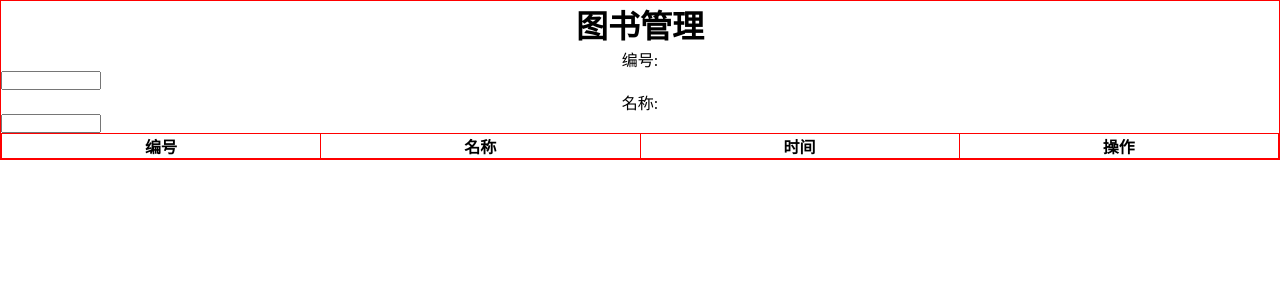
Repository: chenguocan/Vue_demo_1
Page: vue_demo_03/图书管理.html
These files come from the project's save history. The page is drawn as it stood at one moment and after the next save; the edit follows.
The browser window is 1280 px wide. The pictures show the whole page.

Above is the page before, as saved 2020-07-21 16:05:12.

### vue_demo_03/图书管理.html
<!DOCTYPE html>
<html lang="en">
  <head>
    <meta charset="UTF-8" />
    <meta name="viewport" content="width=device-width, initial-scale=1.0" />
    <title>Document</title>
    <style>
      * {
        margin: 0;
        padding: 0;
        box-sizing: border-box;
      }
      .book {
        border: 1px solid red;
        text-align: center;
        display: flex;
        flex-direction: column;
      }
      table {
        border-collapse: collapse;
      }
      th {
        border: 1px solid red;
        border-collapse: collapse;
      }
      input {
        width: 100px;
      }
    </style>
  </head>
  <body>
    <div class="book">
      <h1>图书管理</h1>
      <table>
        <tr>
          编号:<input type="text" name="id" />
          名称:<input type="text" name="bookname" />
        </tr>
        <thead>
          <tr>
            <th>编号</th>
            <th>名称</th>
            <th>时间</th>
            <th>操作</th>
          </tr>
        </thead>
      </table>
      <table></table>
    </div>
  </body>
  <script src="./js/vue.js"></script>
</html>

Loaded but not shown: vue_demo_03/js/vue.js (library)

After the next save:
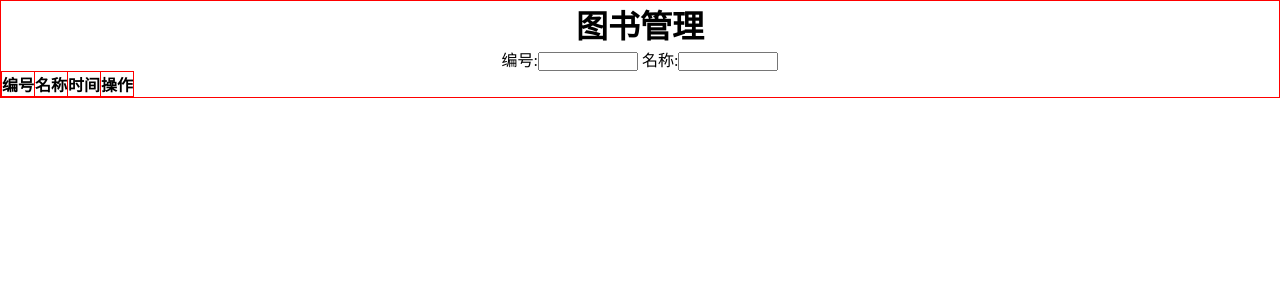
Saved 11 s later.
--- a/vue_demo_03/图书管理.html
+++ b/vue_demo_03/图书管理.html
@@ -13,8 +13,6 @@
       .book {
         border: 1px solid red;
         text-align: center;
-        display: flex;
-        flex-direction: column;
       }
       table {
         border-collapse: collapse;
